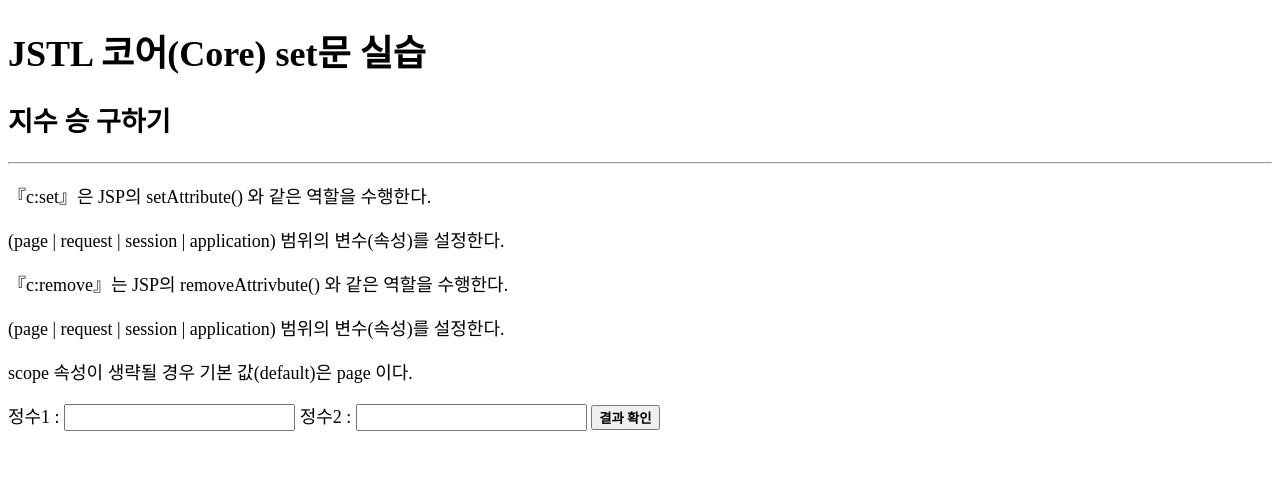
Repository: onpul/Web
Page: http://localhost/WebApp22/Test7.jsp
The author's editor kept a copy of each file at every save. The page is drawn from the files as they stood at one save, then again after the next save.
The browser window is 1280 px wide. The pictures show the whole page.
The page is served by Tomcat 9. Other server files are loaded and not shown.

Above is the page before, as saved 2022-04-29 08:58:58.

### WebApp22/WebContent/Test7.jsp
<%@ page contentType="text/html; charset=UTF-8"%>
<%@ taglib prefix="c" uri="http://java.sun.com/jsp/jstl/core"%>
<%
	request.setCharacterEncoding("UTF-8");
	String cp = request.getContextPath();
%>
<!DOCTYPE html>
<html>
<head>
<meta charset="UTF-8">
<title>Test7.jsp</title>
<link rel="stylesheet" type="text/css" href="<%=cp %>/css/main.css">
</head>
<body>

<div>
	<h1>JSTL 코어(Core) set문 실습</h1>
	<h2>지수 승 구하기</h2>
	<hr>
</div>

<div>
	<p>『c:set』은 JSP의 setAttribute() 와 같은 역할을 수행한다.</p>
	<p>(page | request | session | application)
	   범위의 변수(속성)를 설정한다.</p>
	<p>『c:remove』는 JSP의 removeAttrivbute() 와 같은 역할을 수행한다.</p>
	<p>(page | request | session | application)
	   범위의 변수(속성)를 설정한다.</p>
	<p>scope 속성이 생략될 경우 기본 값(default)은 page 이다.</p>
</div>

<div>
	<form method="post">
		정수1 : <input type="text" name="su1" class="txt"/>
		정수2 : <input type="text" name="su2" class="txt"/>

		<button type="submit" class="btn">결과 확인</button>
	</form>
</div>

<div>
	<!-- request.getParameter("su1")로 수행한 결과값이 존재할 경우 다음과 같이 처리 -->
	<c:if test="${!empty param.su1 }">

		<c:set var="result" value="10"></c:set>

		<%--<c:set var="변수" value="값"></c:set>--%>
		<%-- → 변수의 값을 지정하는 구문 --%>
		<%-- → 해당 스코프에 지정된 변수가 존재하지 않을 경우 --%>
		<%--    변수를 새로 선언하여 초기화하는 기능을 수행하게 되며--%>
		<%--    해당 스코프에 이미 지정된 변수가 존재할 경우 --%>
		<%--    그 변수의 값을 다시 초기화하는 효과가 적용된다. --%>

		<c:set var="result" value="1"></c:set>
		<%-- String result="1" 과 같다 --%>
		<%-- result라는 변수를 선언해서 1로 초기화해라 --%>
		<%-- 만약 같은 변수명 있어도 에러 안 나고 다시 초기화한다. --%>

		<c:forEach var="a" begin="1" end="${param.su2 }" step="1">
			<c:set var="result" value="${result * param.su1 }"></c:set>
			<p>${param.su1 } ^ ${a } = ${result }</p>
		</c:forEach>

	</c:if>
</div>



</body>
</html>

### WebApp22/WebContent/css/main.css
@charset "UTF-8";

*
{
	font-family: 맑은고딕;
	color: black;
}

body, p, div, span, input, table, th, td, select
{
	font-size: 18px;
}

.control
{
	border: 1px solid gray;
	border-radius: 3px;
}

.table
{
	border-collapse: collapse;
	width: 100%;
}

.table th, .table td
{
	border: 1px solid gray;
	border-left: 0px;
	border-right: 0px;
	padding: 3px;
	line-height: 150%;
}

.table th
{
	font-weight: bold;
	background-color: #eeeeee;
}

.btn
{
	font-weight: bold;
}

.btn:hover
{
	color: white;
	background-color: #787;
}

After the next save:
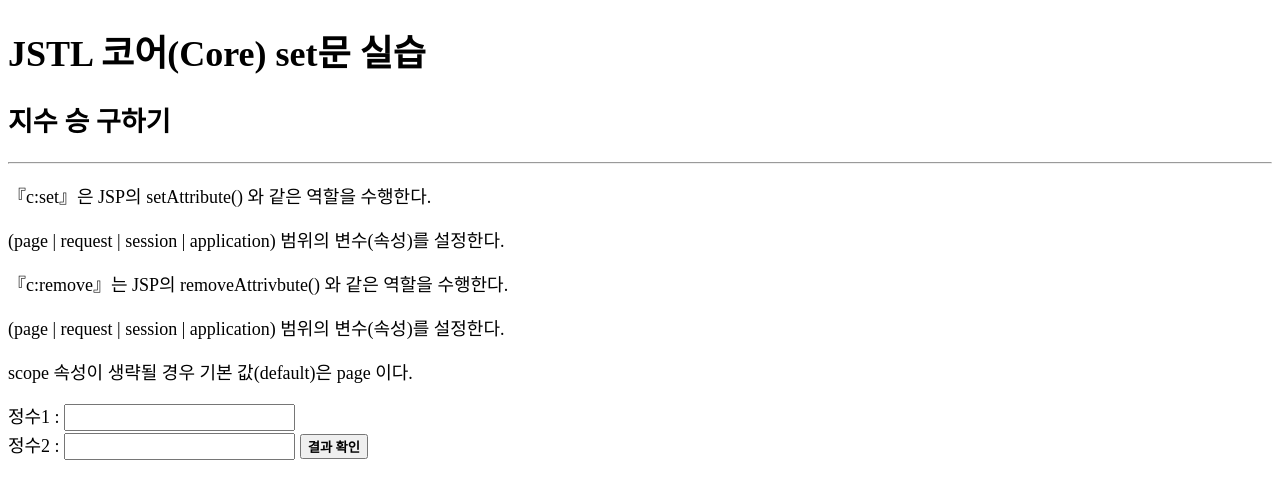
Saved 112 s later.
--- a/WebApp22/WebContent/Test7.jsp
+++ b/WebApp22/WebContent/Test7.jsp
@@ -31,7 +31,7 @@
 
 <div>
 	<form method="post">
-		정수1 : <input type="text" name="su1" class="txt"/>
+		정수1 : <input type="text" name="su1" class="txt"/><br>
 		정수2 : <input type="text" name="su2" class="txt"/>
 
 		<button type="submit" class="btn">결과 확인</button>
